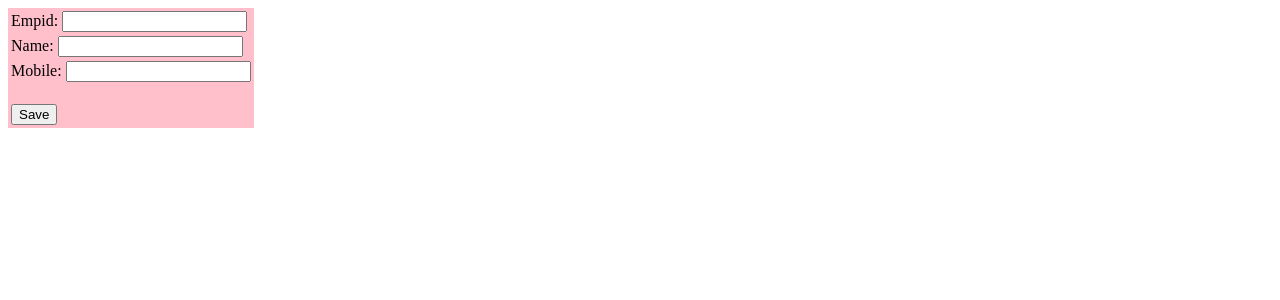
Repository: Suknaina/Repo
Page: MockServlet/src/main/webapp/Home.html
The author's editor kept a copy of each file at every save. The page is drawn from the files as they stood at one save, then again after the next save.
The browser window is 1280 px wide. The pictures show the whole page.

Above is the page before, as saved 2023-05-23 17:11:38.

After the next save:
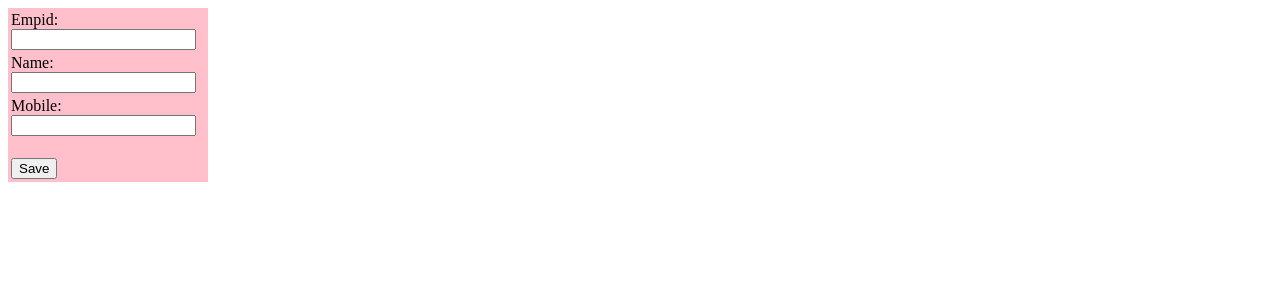
Saved 46 s later.
--- a/MockServlet/src/main/webapp/Home.html
+++ b/MockServlet/src/main/webapp/Home.html
@@ -6,7 +6,7 @@
 </head>
 <body>
 <form action="" method="post">
-	<table bgcolor="pink">
+	<table bgcolor="pink" width="200px">
 			<tr>
 				<td>Empid: <input type="number" name="empid"><br>
 				</td>
